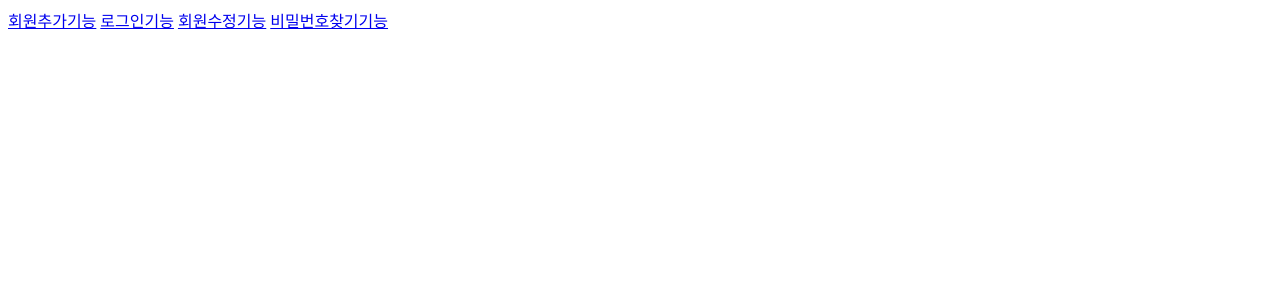
Repository: sun2898/JSP
Page: http://localhost/JSPBasic/controller/example.jsp
The author's editor kept a copy of each file at every save. The page is drawn from the files as they stood at one save, then again after the next save.
The browser window is 1280 px wide. The pictures show the whole page.
The page is served by Tomcat 9. Other server files are loaded and not shown.

Above is the page before, as saved 2023-06-07 07:32:12.

### JSPBasic/src/main/webapp/controller/example.jsp
<%@ page language="java" contentType="text/html; charset=UTF-8"
    pageEncoding="UTF-8"%>
<!DOCTYPE html>
<html>
<head>
<meta charset="UTF-8">
<title>Insert title here</title>
</head>
<body>

	<a href="#">회원추가기능</a>
	<a href="#">로그인기능</a>
	<a href="#">회원수정기능</a>
	<a href="#">비밀번호찾기기능</a>

</body>
</html>

After the next save:
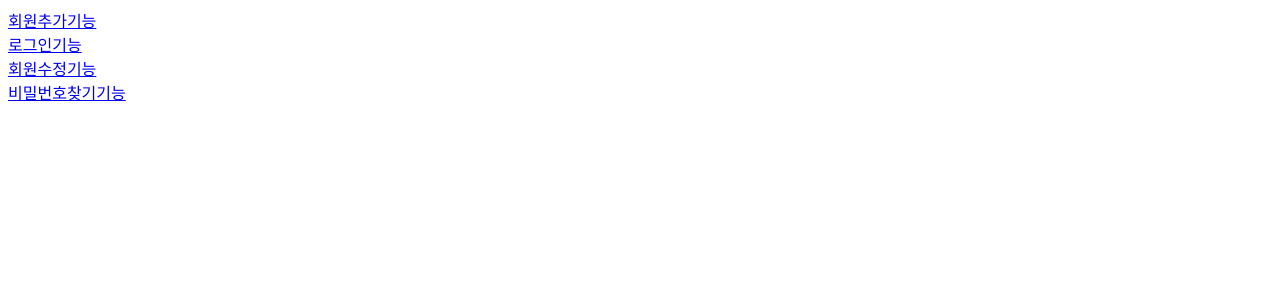
Saved 29 s later.
--- a/JSPBasic/src/main/webapp/controller/example.jsp
+++ b/JSPBasic/src/main/webapp/controller/example.jsp
@@ -8,10 +8,10 @@
 </head>
 <body>
 
-	<a href="#">회원추가기능</a>
-	<a href="#">로그인기능</a>
-	<a href="#">회원수정기능</a>
-	<a href="#">비밀번호찾기기능</a>
+	<a href="#">회원추가기능</a><br>
+	<a href="#">로그인기능</a><br>
+	<a href="#">회원수정기능</a><br>
+	<a href="#">비밀번호찾기기능</a><br>
 
 </body>
 </html>
